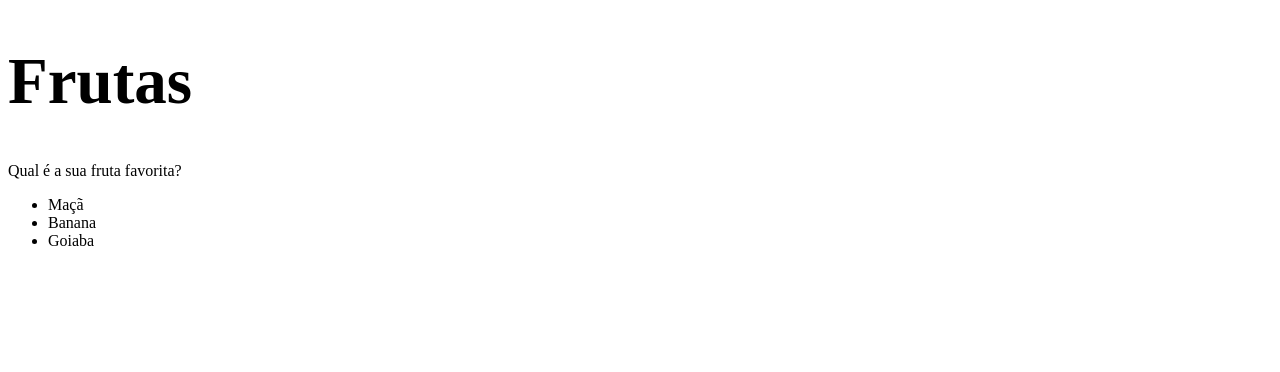
Repository: rafaelsales-97/dia2
Page: index.html
An editor plug-in stored every save of this project. The page is shown before and after the next save, followed by the edit.
The browser window is 1280 px wide. The pictures show the whole page.

Above is the page before, as saved 2023-04-19 20:55:05.

### index.html
<!DOCTYPE html>
<html lang="pt-br">
  <head>
    <meta charset="UTF-8">
    <title>HTML</title>
    <style>
        h1{
            font-size: 65px;
        }
    </style>
  </head>
  <body>
    <h1>Frutas</h1>
    <p>Qual é a sua fruta favorita?</p>
    <ul>
      <li>Maçã</li>
      <li>Banana</li>
      <li>Goiaba</li>
    </ul>
  </body>
</html>

After the next save:
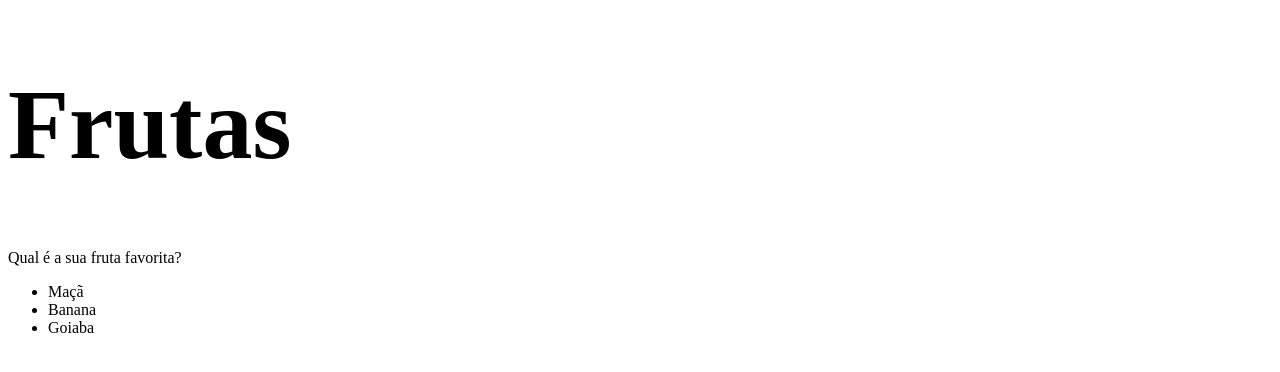
Saved 19 s later.
--- a/index.html
+++ b/index.html
@@ -5,7 +5,7 @@
     <title>HTML</title>
     <style>
         h1{
-            font-size: 65px;
+            font-size: 100px;
         }
     </style>
   </head>
